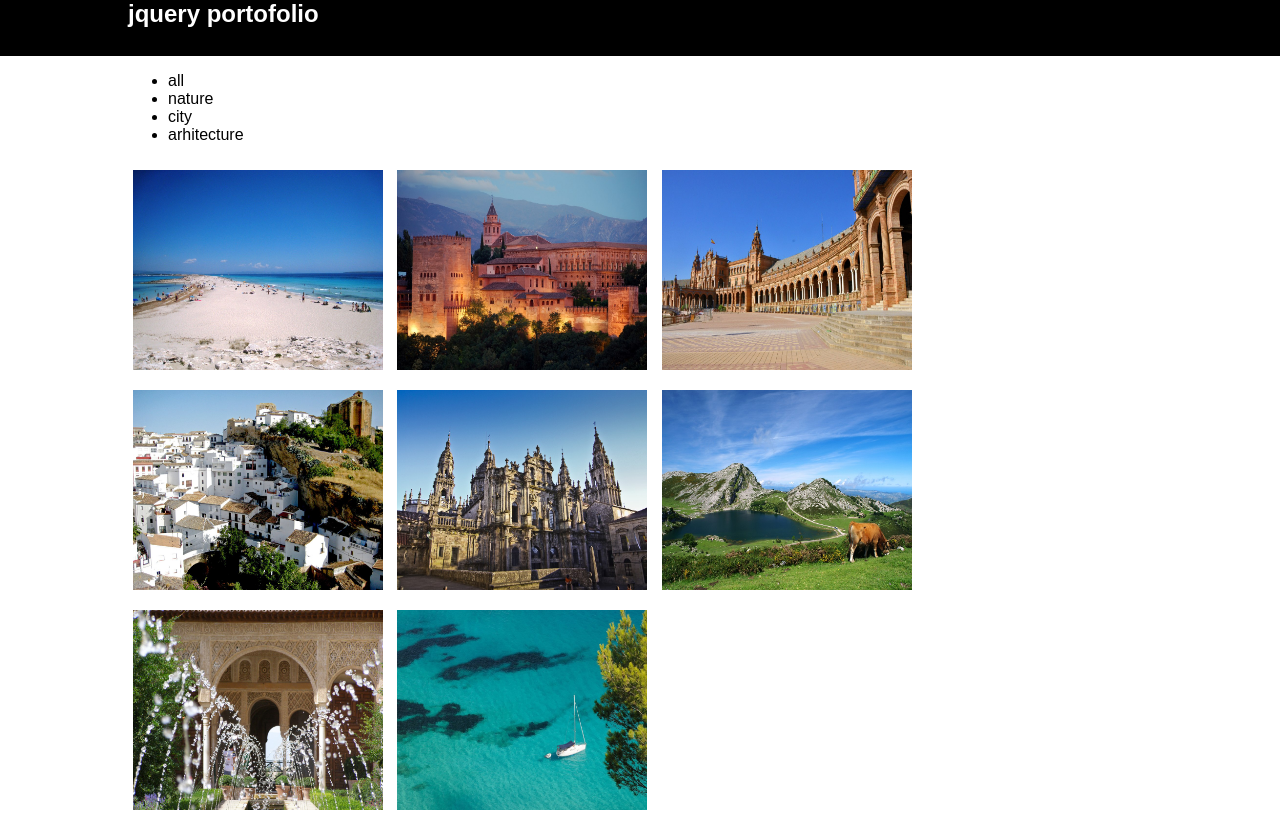
Repository: cpatrut/spring
Page: http://localhost/sparta/home.jsp
An editor plug-in stored every save of this project. The page is shown before and after the next save, followed by the edit.
The browser window is 1280 px wide. The pictures show the whole page.
The page is served by Tomcat 9.

Above is the page before, as saved 2015-06-14 07:16:34.

After the next save:
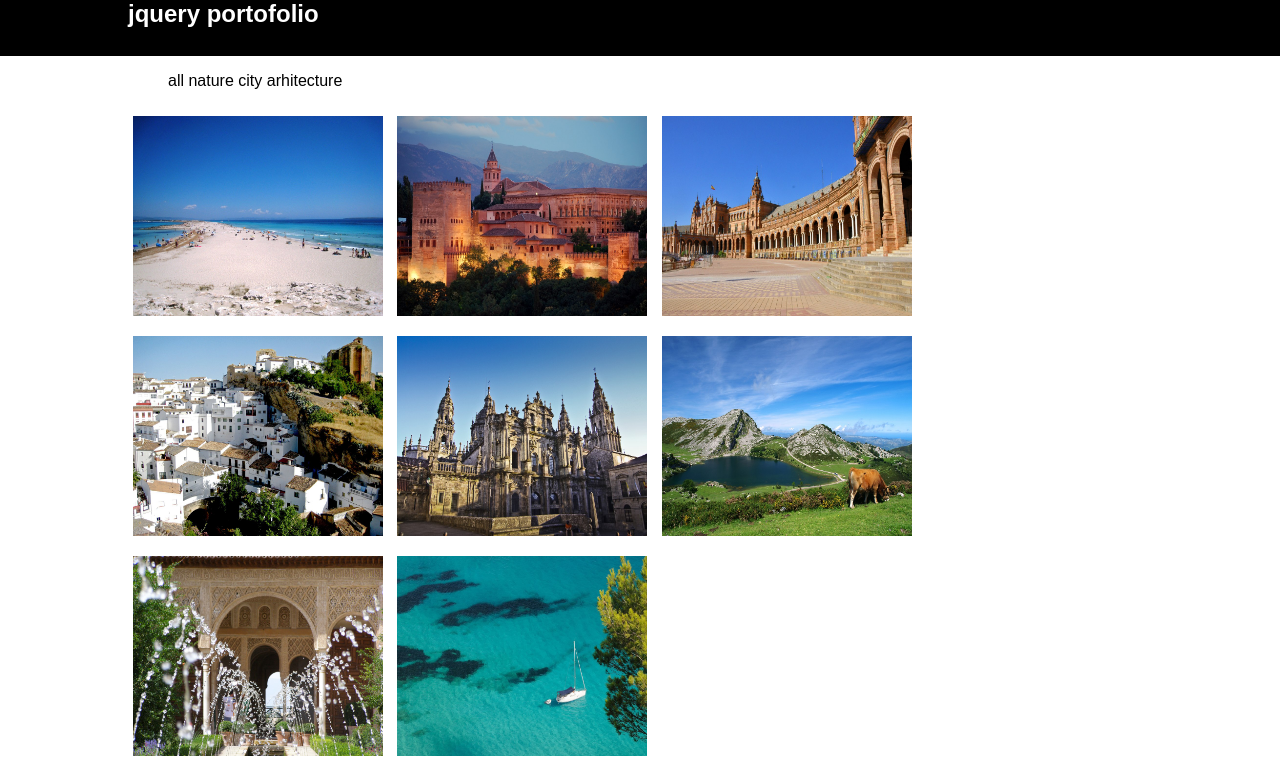
Saved 112 s later.
--- a/sparta/WebContent/css/style.css
+++ b/sparta/WebContent/css/style.css
@@ -104,3 +104,6 @@ text-align:left;
 	margin-left:20px;
 	height: 331px;
 	}
+	#filter li{
+		display:inline;
+	}
